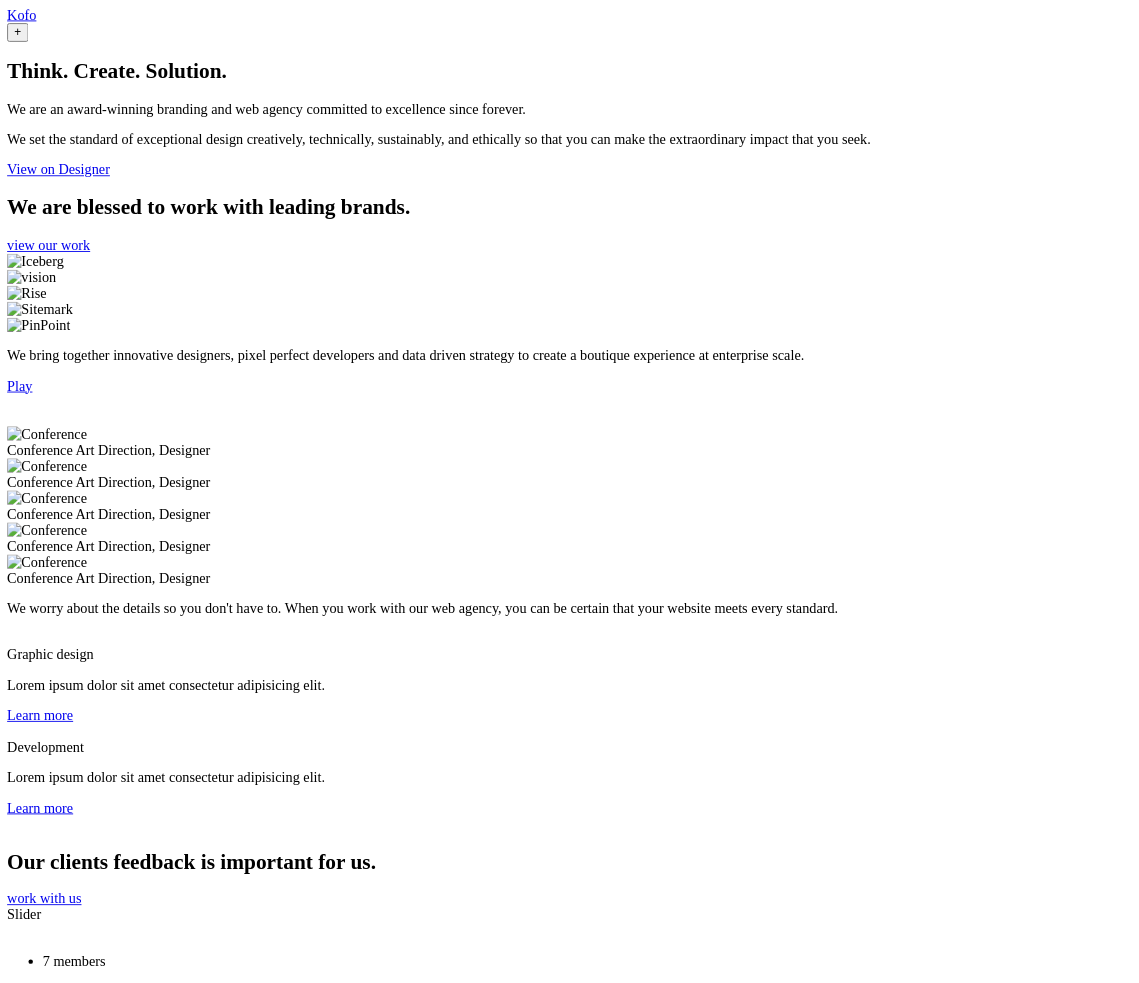
Repository: debthebuilder/kofo
Page: index.html
An editor plug-in stored every save of this project. The page is shown before and after a run of saves, followed by the edit.
The browser window is 1280 px wide. The pictures show the whole page, at 89% of full size.

Above is the page before, as saved 2022-10-13 11:52:31.

### index.html
<!DOCTYPE html>
<html lang="en">
<head>
    <meta charset="UTF-8">
    <meta http-equiv="X-UA-Compatible" content="IE=edge">
    <meta name="viewport" content="width=device-width, initial-scale=1.0">
    <title>Kofo - Webflow Portfolio template</title>
</head>
<body>
    <!--Fixed Top Navigation Bar-->
    <nav class="fixed-navbar">
        <a href="index.html" class="logo">Kofo</a>
        <div>
            <button>+</button>
        </div>
    </nav>
    <!--Hero Section-->
    <section class="hero">
        <div class="row">
            <div class="col">
                <h1>Think. <span>Create.</span> Solution.</h1>
            </div>
            <div class="col">
                <div>
                    <p>We are an award-winning branding and web agency committed to excellence since forever.</p>
                </div>
                <div>
                    <p>We set the standard of exceptional design creatively, technically, sustainably, and ethically so that you can make the extraordinary impact that you seek.</p>
                    <div>
                        <a href="#">View on Designer</a>
                        <span>
                            <img src="#" alt="" />
                        </span>
                    </div>
                </div>
            </div>
        </div>
    </section>
    <!--Partner Brands-->
    <section>
        <div>
            <h2>We are blessed to work with leading brands.</h2>
            <a href="#">view our work</a>
        </div>
        <div>
            <div class="partner-logo">
                <img src="#" alt="Iceberg" />
            </div>
            <div class="partner-logo">
                <img src="#" alt="vision" />
            </div>
            <div class="partner-logo">
                <img src="#" alt="Rise" />
            </div>
            <div class="partner-logo">
                <img src="#" alt="Sitemark" />
            </div>
            <div class="partner-logo">
                <img src="#" alt="PinPoint" />
            </div>
        </div>
    </section>
    <!--What we do-->
    <section class="about">
        <div class="row">
            <div class="col">
                <p>We bring together innovative designers, pixel perfect developers and data driven strategy to create a boutique experience at enterprise scale.</p>
                <div>
                    <a href="#">Play</a>
                    <div>
                        <img src="" alt="" />
                    </div>
                </div>
            </div>
            <div class="col">
                <div>
                    <img src="" alt="" />
                </div>
            </div>
        </div>
    </section>
    <!--Portfolio-->
    <section class="portfolio">
        <div class="grid">
            <div class="portfolio-item">
                <div class="">
                    <img src="" alt="Conference" />
                </div>
                <div class="absolute">
                    <div class="flex-items">
                        <span class="item-title">Conference</span>
                        <span class="item-tags">Art Direction, Designer</span>
                    </div>
                </div>
            </div>
            <div class="portfolio-item">
                <div class="">
                    <img src="" alt="Conference" />
                </div>
                <div class="absolute">
                    <div class="flex-items">
                        <span class="item-title">Conference</span>
                        <span class="item-tags">Art Direction, Designer</span>
                    </div>
                </div>
            </div>
            <div class="portfolio-item">
                <div class="">
                    <img src="" alt="Conference" />
                </div>
                <div class="absolute">
                    <div class="flex-items">
                        <span class="item-title">Conference</span>
                        <span class="item-tags">Art Direction, Designer</span>
                    </div>
                </div>
            </div>
            <div class="portfolio-item">
                <div class="">
                    <img src="" alt="Conference" />
                </div>
                <div class="absolute">
                    <div class="flex-items">
                        <span class="item-title">Conference</span>
                        <span class="item-tags">Art Direction, Designer</span>
                    </div>
                </div>
            </div>
            <div class="portfolio-item">
                <div class="">
                    <img src="" alt="Conference" />
                </div>
                <div class="absolute">
                    <div class="flex-items">
                        <span class="item-title">Conference</span>
                        <span class="item-tags">Art Direction, Designer</span>
                    </div>
                </div>
            </div>
        </div>
    </section>
    <!--Services-->
    <section>
        <p>We worry about the details so you don't have to. When you work with our web agency, you can be certain that your website meets every standard.</p>
        <div class="services">
            <div class="service-card">
                <div class="service-icon">
                    <img src="" alt="" />
                </div>
                <div class="service-details">
                    <div class="service-title">Graphic design</div>
                    <p class="service-intro">Lorem ipsum dolor sit amet consectetur adipisicing elit.</p>
                    <a href="about.html" class="service-link">Learn more</a>
                </div>
            </div>
            <div class="service-card">
                <div class="service-icon">
                    <img src="" alt="" />
                </div>
                <div class="service-details">
                    <div class="service-title">Development</div>
                    <p class="service-intro">Lorem ipsum dolor sit amet consectetur adipisicing elit.</p>
                    <a href="about.html" class="service-link">Learn more</a>
                </div>
            </div>
            <div class="service-card">
                <div class="service-img">
                    <img src="" alt="" />
                </div>
            </div>
        </div>
    </section>
    <!--Testimonial-->
    <section class="testimonial">
        <div>
            <h2>Our clients feedback is important for us.</h2>
            <a href="#">work with us</a>
        </div>
        <div class="feedback">
            <div>Slider</div>
        </div>
    </section>
    <!--Fun Facts-->
    <section class="fun-facts">
        <div class="row">
            <div class="col">
                <img src="" alt="" />
            </div>
            <div class="col">
                <div>
                    <ul>
                        <li class="fact">7 <span class="gray">members</span></li>
                    </ul>
                </div>
            </div>
        </div>
    </section>
    <!--Latest Blog Posts-->
    <!--Newsletter-->
    <!--Footer-->
</body>
</html>

After the next 4 saves:
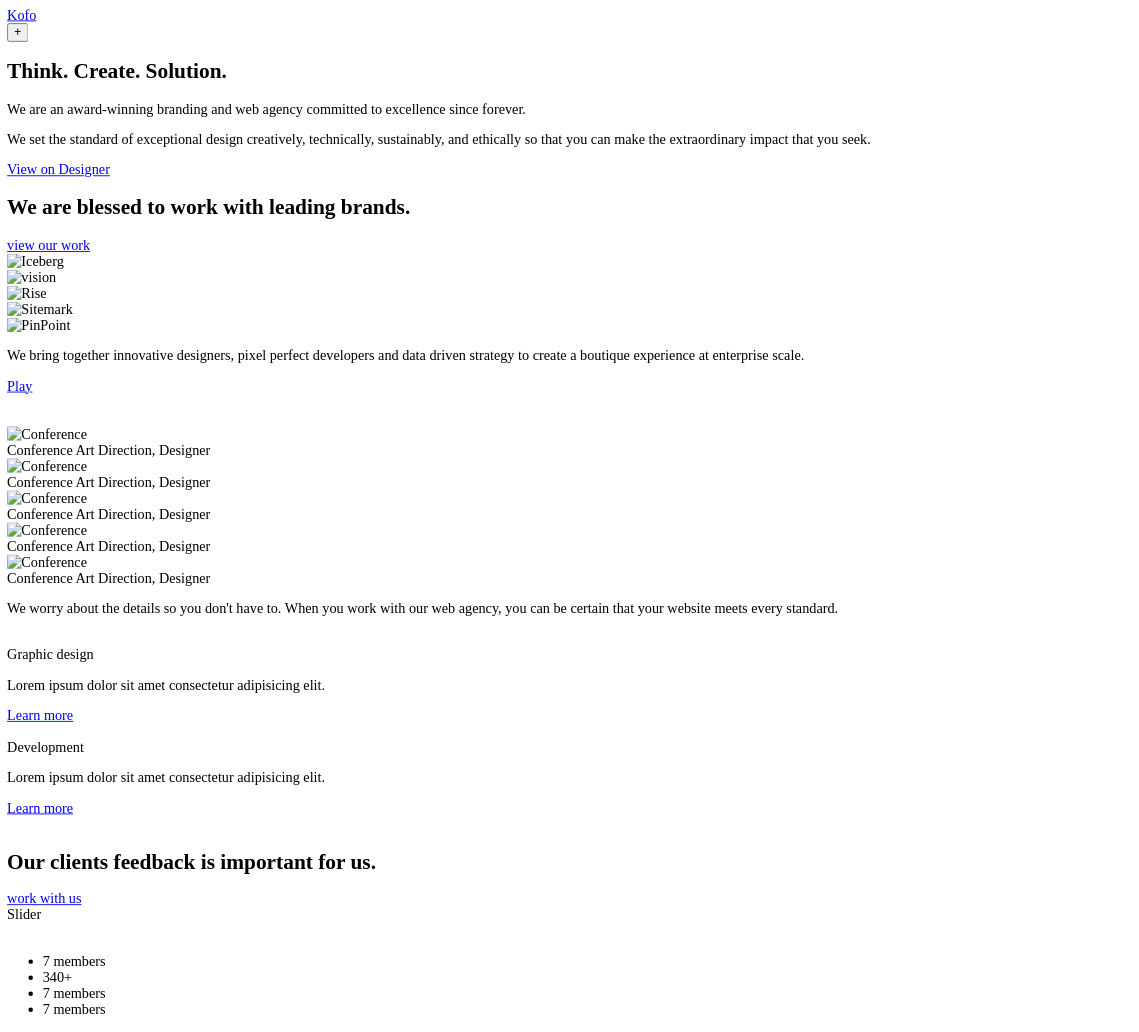
The 4 saves are shown as one change because they came seconds apart.
The last was saved 17 s later.
--- a/index.html
+++ b/index.html
@@ -190,6 +190,9 @@
                 <div>
                     <ul>
                         <li class="fact">7 <span class="gray">members</span></li>
+                        <li class="fact">340+ <span class="gray"></span></li>
+                        <li class="fact">7 <span class="gray">members</span></li>
+                        <li class="fact">7 <span class="gray">members</span></li>
                     </ul>
                 </div>
             </div>
